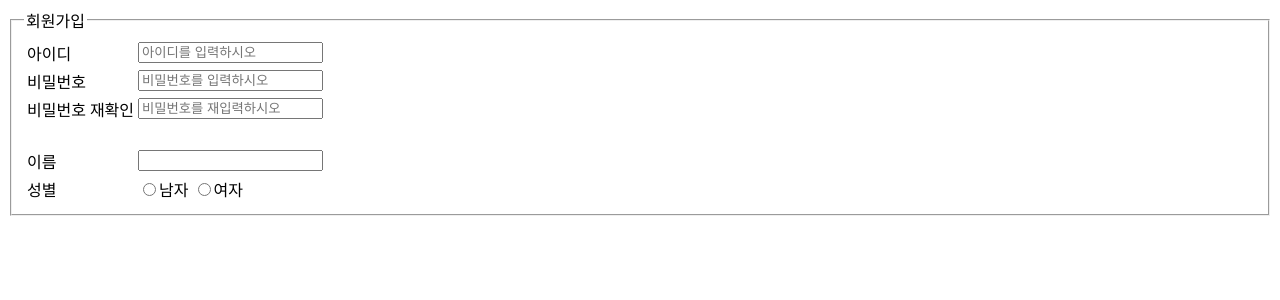
Repository: Scoobi-wisdoom/web
Page: d011/web/register.html
These files come from the project's save history. The page is drawn as it stood at one moment and after the next save; the edit follows.
The browser window is 1280 px wide. The pictures show the whole page.

Above is the page before, as saved 2020-08-05 08:33:22.

### d011/web/register.html
<!DOCTYPE html>
<html>
<head>
<meta charset="EUC-KR">
<title>회원 가입</title>
</head>
<body>
<form action="register" method="GET">
	<fieldset>
		<legend>회원가입</legend>
		<table>
			<tr>
				<td>
					아이디
				</td>
				<td>
					<input type="text" name="id" size="20" placeholder="아이디를 입력하시오">
				</td>
			</tr>
			<tr>
				<td>
					비밀번호
				</td>
				<td>
					<input type="password" name="pwd" size="20" placeholder="비밀번호를 입력하시오">
				</td>
			</tr>
			<tr>
				<td>
					비밀번호 재확인
				</td>
				<td>
					<input type="password" name="rpwd" size="20" placeholder="비밀번호를 재입력하시오">
				</td>
			</tr>
				<td>
					<br>
				</td>
			<tr>
			</tr>
			<tr>
				<td>
					이름
				</td>
				<td>
					<input type="text" name="name">
				</td>
			</tr>
			<tr>
				<td>
					성별
				</td>
				<td>
					<input type="radio" name="r1" value="man">남자
					<input type="radio" name="r1" value="woman">여자
				</td>

			</tr>


		</table>
	</fieldset>
</form>
</body>
</html>

After the next save:
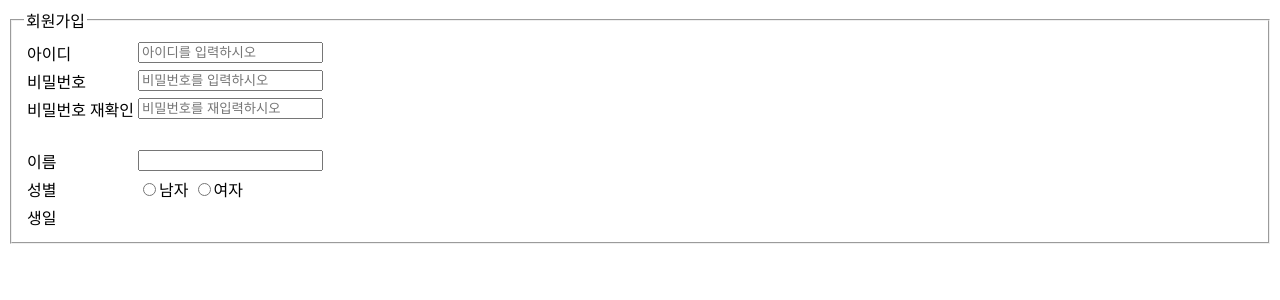
Saved 46 s later.
--- a/d011/web/register.html
+++ b/d011/web/register.html
@@ -54,7 +54,14 @@
 					<input type="radio" name="r1" value="man">남자
 					<input type="radio" name="r1" value="woman">여자
 				</td>
+			</tr>
+			<tr>
+				<td>
+					생일
+				</td>
+				<td>
 
+				</td>
 			</tr>
 
 
